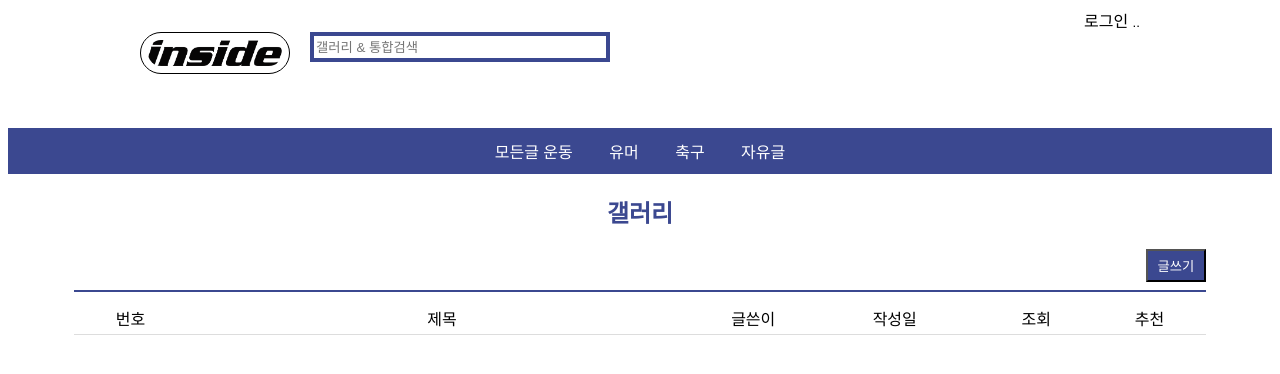
Repository: inhoo123/backup
Page: http://localhost/community-inside/WEB-INF/view/posts/category-list.jsp
An editor plug-in stored every save of this project. The page is shown before and after the next save, followed by the edit.
The browser window is 1280 px wide. The pictures show the whole page.
Some web fonts or font styles are not loaded; a fallback is used. The page is served by Tomcat 10. Nobody is signed in. The template is opened directly, without the code that normally fills it, so the values that code supplies are empty.

Above is the page before, as saved 2024-06-27 05:02:34.

After the next save:
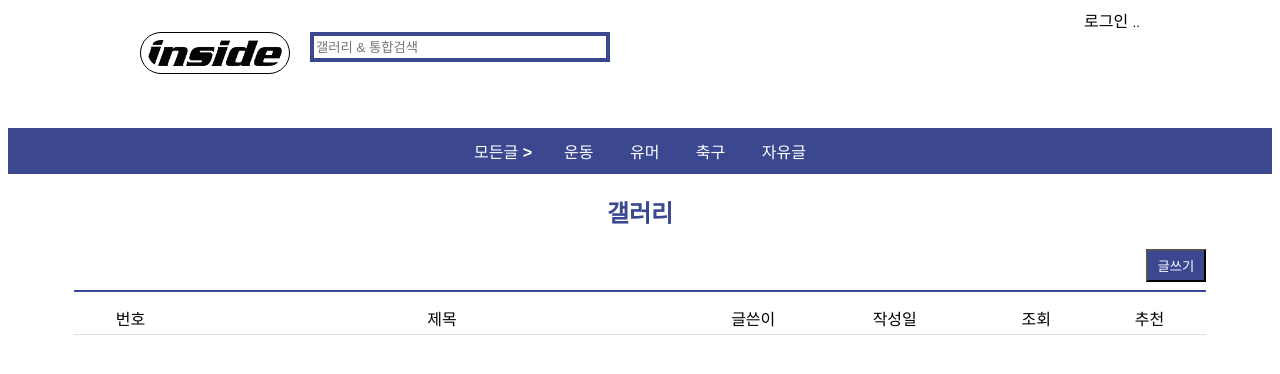
Saved 36 s later.
--- a/web-workspace/community-inside/src/main/webapp/WEB-INF/view/common/header.jsp
+++ b/web-workspace/community-inside/src/main/webapp/WEB-INF/view/common/header.jsp
@@ -48,7 +48,7 @@
 		><span style="color:white;  font-weight: 550;">모든글</span></a>
 
 	<a href="${pageContext.servletContext.contextPath }/list/category?category=운동"
-		><span style="color:white;  font-weight: 550;">운동</span></a>
+		><span style="color:white;  font-weight: 550;">>&emsp;&emsp;운동</span></a>
 
 
 		<a href="${pageContext.servletContext.contextPath }/list/category?category=유머"
